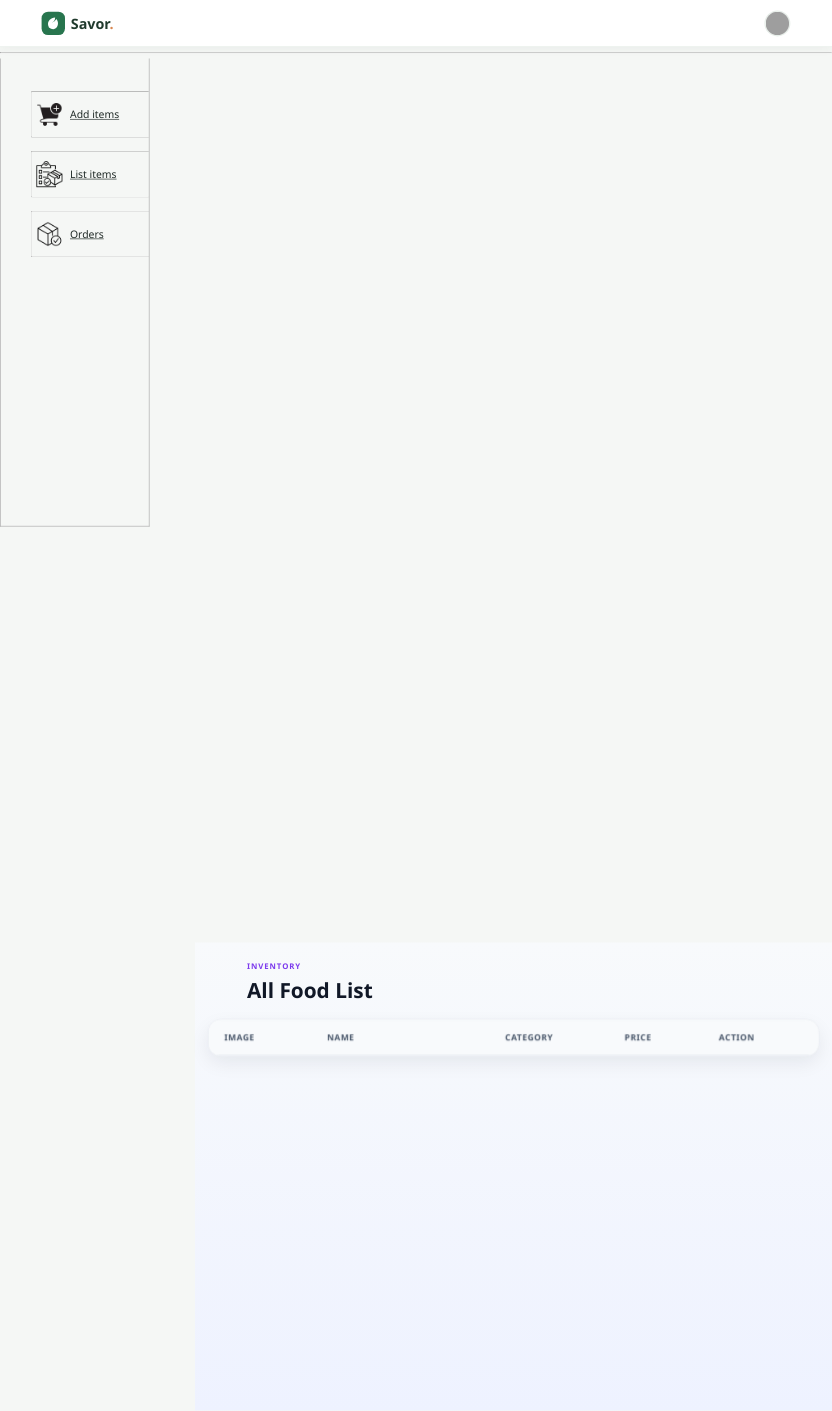
Repository: prince44991/Ecommerce-Project-Full-Stack
Page: /Listitem (app in admin/my-react-app/)
These files come from the project's save history. The page is drawn as it stood at one moment and after the next save; the edit follows.
The browser window is 1280 px wide. The pictures show the whole page, at 65% of full size.
Pictures or frames that could not be fetched are drawn as grey boxes. The page's requests for data from a server got no answer. The project was rebuilt for these pictures with package versions that can differ from the ones it lists, and the page was loaded fresh each time. No one was signed in, and anything a server would have sent is missing. Also part of the build but not shown: admin/my-react-app/vite.config.js, admin/my-react-app/src/pages/Add/Add.css, admin/my-react-app/src/pages/Add/Add.jsx, admin/my-react-app/src/pages/Order/Order.jsx.

Above is the page before, as saved 2026-09-30 16:14:36.

After the next save:
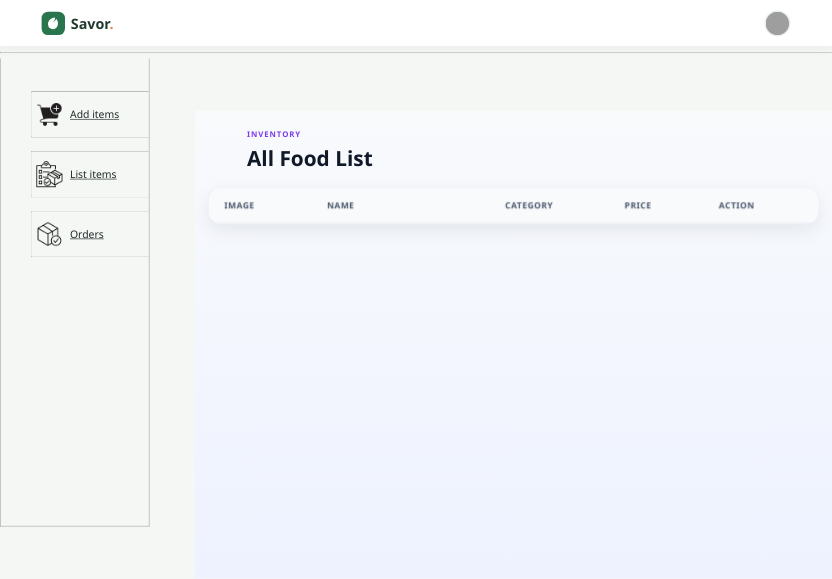
Saved 9 s later.
--- a/admin/my-react-app/src/pages/List/List.css
+++ b/admin/my-react-app/src/pages/List/List.css
@@ -6,7 +6,7 @@
   min-height: 100vh;
   font-family: 'Segoe UI', Tahoma, Geneva, Verdana, sans-serif;
   margin-left: 300px;
-  margin-top: 50vw;
+  margin-top: -50vw;
 }
 
 .list-header {
